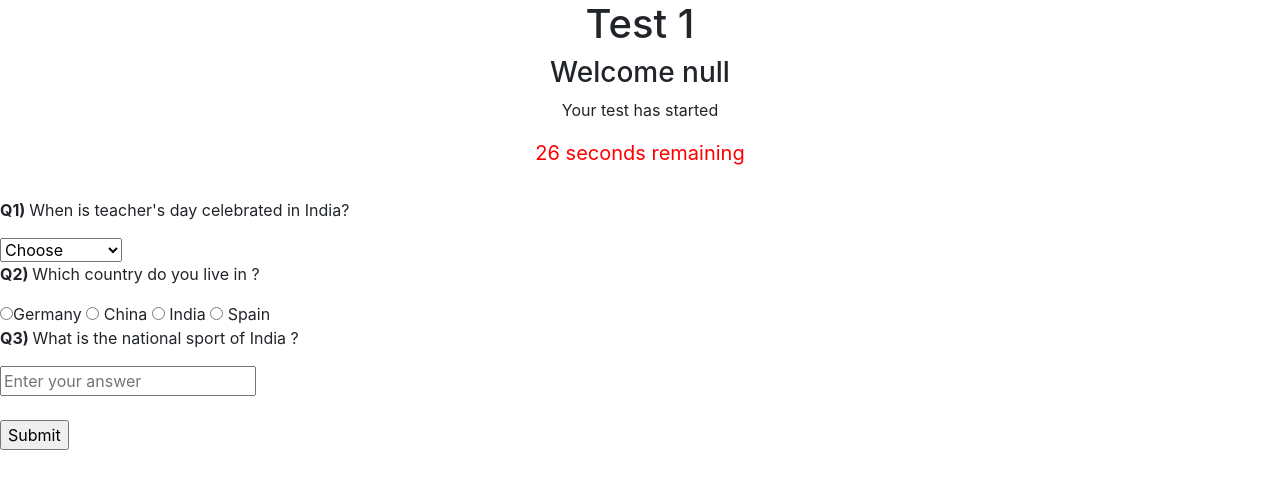
Repository: MriOj/OnlineExamPortal
Page: http://localhost/ExamPortal/test1.jsp
An editor plug-in stored every save of this project. The page is shown before and after the next save, followed by the edit.
The browser window is 1280 px wide. The pictures show the whole page.
The page is served by Tomcat 9. Other server files are loaded and not shown.

Above is the page before, as saved 2021-09-07 06:09:39.

### ExamPortal/src/main/webapp/test1.jsp
<%@ page language="java" contentType="text/html; charset=ISO-8859-1"
    pageEncoding="ISO-8859-1"%>
<!DOCTYPE html>
<html>
<head>
<meta charset="ISO-8859-1">
<title>Test 1 </title>
<style type="text/css">
.center {
text-align: center;
}
#uid{
visibility:hidden;
}
#timer{
font-size:20px;
color:red;
}
</style>
<link rel="stylesheet" href="https://stackpath.bootstrapcdn.com/bootstrap/4.5.0/css/bootstrap.min.css">
<script src="https://code.jquery.com/jquery-3.5.1.min.js"></script>
<script src="https://stackpath.bootstrapcdn.com/bootstrap/4.5.0/js/bootstrap.min.js"></script>
</head>
<script>

window.onbeforeunload = function() {
    return "Dude, are you sure you want to leave? Think of the kittens!";
}

</script>
<body>

<div class="center">
<h1 >Test 1</h1>
<h3> Welcome <%{out.println(request.getAttribute("userid"));} %></h3>
<p >Your test has started </p>
<div id="timer"></div>
</div>
<form action="than" method="post" id="yourForm">
<input type="text" id="uid" name="userid" value="<%{out.println(request.getAttribute("userid"));} %>">
<input type="text" id="uid" name="test" value="1">
<p><b>Q1) </b>When is teacher's day celebrated in India?</p>
 <select name="Q1">
        <option value="choose" >Choose</option>
        <option value="A" >5 September</option>
        <option value="B" >15 August</option>
        <option value="C" >14 November</option>
        <option value="D" >26 January</option>
    </select>

<p><b>Q2) </b>Which country do you live in  ?</p>
    <input type="radio" value="A" name="Q2" >Germany
    <input type="radio" value="B" name="Q2"> China
    <input type="radio" value="C" name="Q2">  India
    <input type="radio" value="D" name="Q2"> Spain

<p><b>Q3) </b>What is the national sport of India  ?</p>
     <input type="text" name="Q3" placeholder= "Enter your answer" /> <br><br>
<input type="submit"></input>
</form>

</body>
<script>
var timeLeft = 30;
var elem = document.getElementById('timer');
var timerId = setInterval(countdown, 1000);

function countdown() {
    if (timeLeft == -1) {
        clearTimeout(timerId);
        doSomething();
    } else {
        elem.innerHTML = timeLeft + ' seconds remaining';
        timeLeft--;
    }
}
function doSomething() {
	alert("Test Submitted")
    document.getElementById('yourForm').submit();;
}

</script>
</html>

After the next save:
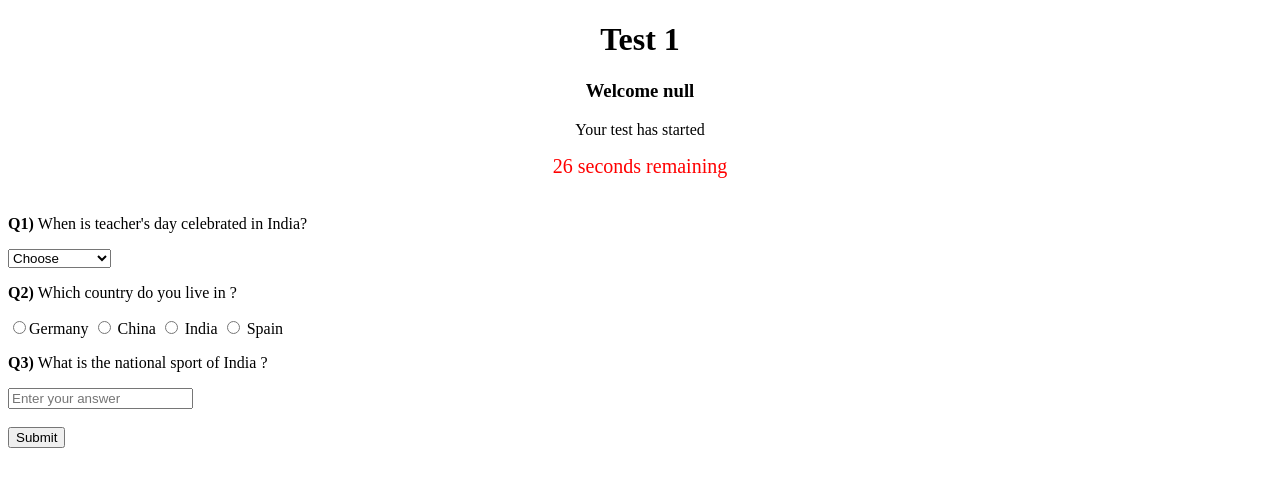
Saved 14 s later.
--- a/ExamPortal/src/main/webapp/test1.jsp
+++ b/ExamPortal/src/main/webapp/test1.jsp
@@ -17,9 +17,6 @@ font-size:20px;
 color:red;
 }
 </style>
-<link rel="stylesheet" href="https://stackpath.bootstrapcdn.com/bootstrap/4.5.0/css/bootstrap.min.css">
-<script src="https://code.jquery.com/jquery-3.5.1.min.js"></script>
-<script src="https://stackpath.bootstrapcdn.com/bootstrap/4.5.0/js/bootstrap.min.js"></script>
 </head>
 <script>
 
